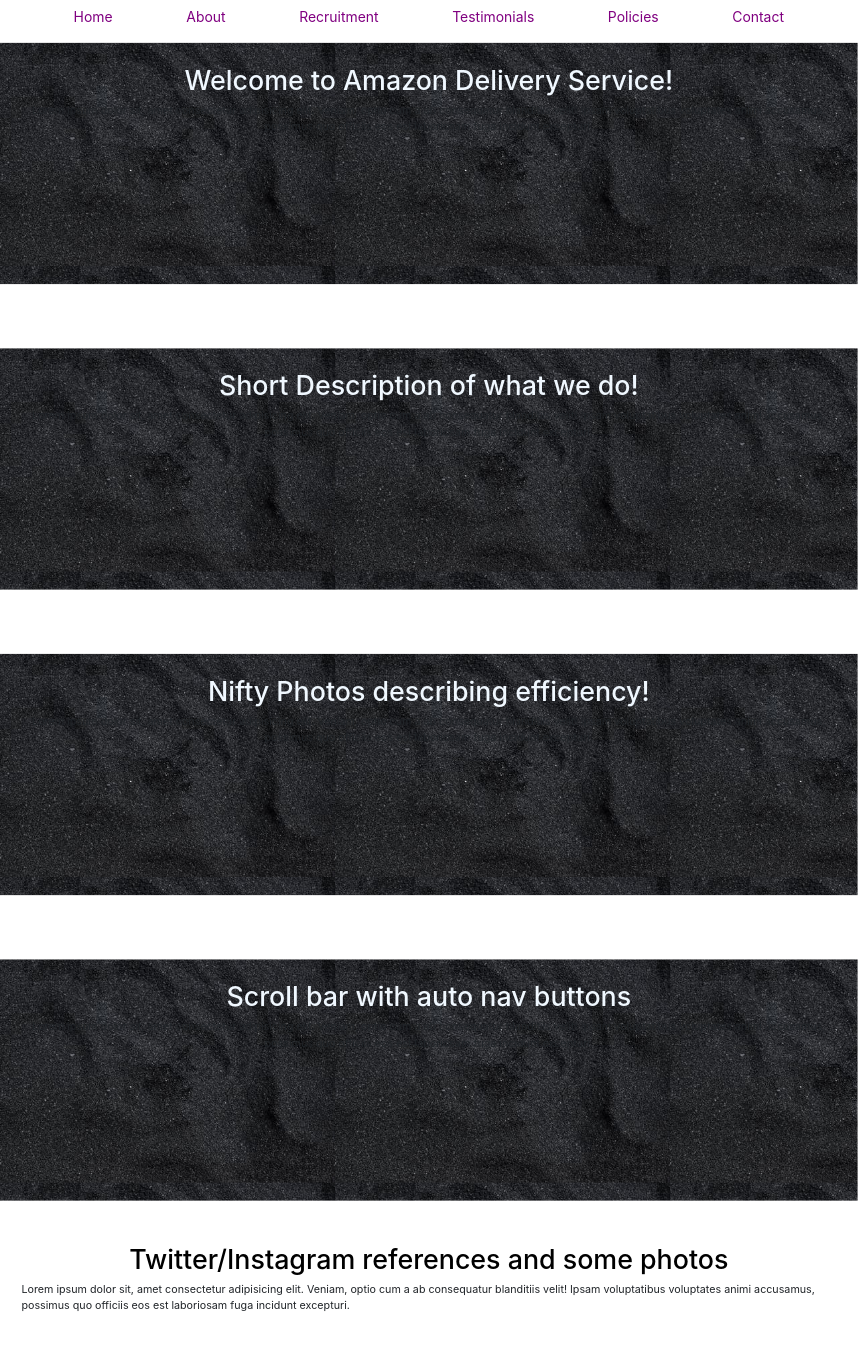
Repository: cerebrium/website
Page: /
The author's editor kept a copy of each file at every save. The page is drawn from the files as they stood at one save, then again after the next save.
The browser window is 1280 px wide. The pictures show the whole page, at 67% of full size.
The project was rebuilt for these pictures with package versions that can differ from the ones it lists, and the page was loaded fresh each time. Also part of the build but not shown: src/Routes/About.jsx, src/Routes/Recruitment.jsx, src/Routes/Testimonials.jsx, src/Routes/Policies.jsx, src/Routes/Contact.jsx.

Above is the page before, as saved 2019-11-02 13:09:17.

### src/App.jsx
import React from 'react';
import './styles/App.css'
import {
  BrowserRouter as Router,
  Route,
  Link
} from 'react-router-dom';
import About from './Routes/About'
import Recruitment from './Routes/Recruitment'
import Testimonials from './Routes/Testimonials'
import Policies from './Routes/Policies'
import Home from './Routes/Home'
import Contact from './Routes/Contact'

class App extends React.Component {
  render () {
    return (
      <Router>
        <div className='mainContainer'>
          <div className='navContainer'>
            <div><Link to='/' className='nav'>Home</Link></div><div><Link to='/about' className='nav'>About</Link></div><div><Link to='/recruitment' className='nav'>Recruitment</Link></div><div><Link to='/testimonials' className='nav'>Testimonials</Link></div><div><Link to='/policies' className='nav'>Policies</Link></div><div><Link to='/contact'className='nav'>Contact</Link></div>
          </div>
          <Route exact path='/' component={Home}/>
          <Route exact path='/about' component={About}/>
          <Route exact path='/recruitment' component={Recruitment}/>
          <Route exact path='/testimonials' component={Testimonials}/>
          <Route exact path='/policies' component={Policies}/>
          <Route exact path='/contact' component={Contact}/>
        </div>
      </Router>
    )
  }
}

export default App;

### src/styles/App.css

/***************************** MAIN APP STYLING ******************************/

.App {
  text-align: center;
}

.mainContainer {
  min-width: 100vw;
}

.navContainer {
  z-index: 1;
  display: flex;
  flex-flow: row;
  align-items: center;
  justify-content: space-evenly;
  position: fixed; /* Make it stick, even on scroll */
  width: 100%;
  margin: 0;
  padding: 0;
  height: 7%;
  background: white;
}

.nav {
  text-decoration: none;
  color: purple;
  font-size: 1.3em;
}

/***************************** HOME APP STYLING ******************************/
.rowCentering {
  display: flex;
  justify-content: center;
  width: 100%;
  height: 100%;
}

.contentCentering {
  display: flex;
  align-items: flex-start;
  flex-flow: column;
  border: 5em;
  padding: 2em;
  /* margin: 5em; */
  width: 100%;
}

.contentBackground {
  height: 50vh;
  text-align: center;
  position: relative;
  width: 100%;
  background-image: url('./slideOne.jpeg');
  margin: 2em 0em;
}

.pictureBackground {
  height: 50vh;
  text-align: center;
  position: relative;
  width: 100%;
  background-image: url('./slideOne.jpeg');
  margin: 4em 0em;
}

.bottomContent {
  color: black;
}

h1 {
  color: aliceblue;
  position: relative;
  text-align: center;
  width: 100%;
}

### src/Routes/Home.jsx
import React from 'react';
import '../styles/App.css';

class Home extends React.Component {
    render () {
        return (
            <div className='mainContainer'>
                <div className='rowCentering'>
                    <div className='contentCentering pictureBackground'>
                        <h1>Welcome to Amazon Delivery Service!</h1>
                        <p>Lorem ipsum dolor sit, amet consectetur adipisicing elit. Veniam, optio cum a ab consequatur blanditiis velit! Ipsam voluptatibus voluptates animi accusamus, possimus quo officiis eos est laboriosam fuga incidunt excepturi.</p>
                    </div>
                </div>
                <div className='rowCentering'>
                    <div className='contentCentering contentBackground'>
                        <h1>Short Description of what we do!</h1>
                        <p>Lorem ipsum dolor sit, amet consectetur adipisicing elit. Veniam, optio cum a ab consequatur blanditiis velit! Ipsam voluptatibus voluptates animi accusamus, possimus quo officiis eos est laboriosam fuga incidunt excepturi.</p>
                    </div>
                </div>
                <div className='rowCentering'>
                    <div className='contentCentering pictureBackground'>
                        <h1>Nifty Photos describing efficiency!</h1>
                        <p>Lorem ipsum dolor sit, amet consectetur adipisicing elit. Veniam, optio cum a ab consequatur blanditiis velit! Ipsam voluptatibus voluptates animi accusamus, possimus quo officiis eos est laboriosam fuga incidunt excepturi.</p>
                    </div>
                </div>
                <div className='rowCentering'>
                    <div className='contentCentering contentBackground'>
                        <h1>Scroll bar with auto nav buttons</h1>
                        <p>Lorem ipsum dolor sit, amet consectetur adipisicing elit. Veniam, optio cum a ab consequatur blanditiis velit! Ipsam voluptatibus voluptates animi accusamus, possimus quo officiis eos est laboriosam fuga incidunt excepturi.</p>
                    </div>
                </div>
                <div className='rowCentering'>
                    <div className='contentCentering'>
                        <h1 className='bottomContent'>Twitter/Instagram references and some photos</h1>
                        <p>Lorem ipsum dolor sit, amet consectetur adipisicing elit. Veniam, optio cum a ab consequatur blanditiis velit! Ipsam voluptatibus voluptates animi accusamus, possimus quo officiis eos est laboriosam fuga incidunt excepturi.</p>
                    </div>
                </div>
            </div>
        )
    }
}

export default Home;

Loaded but not shown: public/index.html (common file); src/index.js (common file); src/index.css (common file); src/serviceWorker.js (common file)

After the next save:
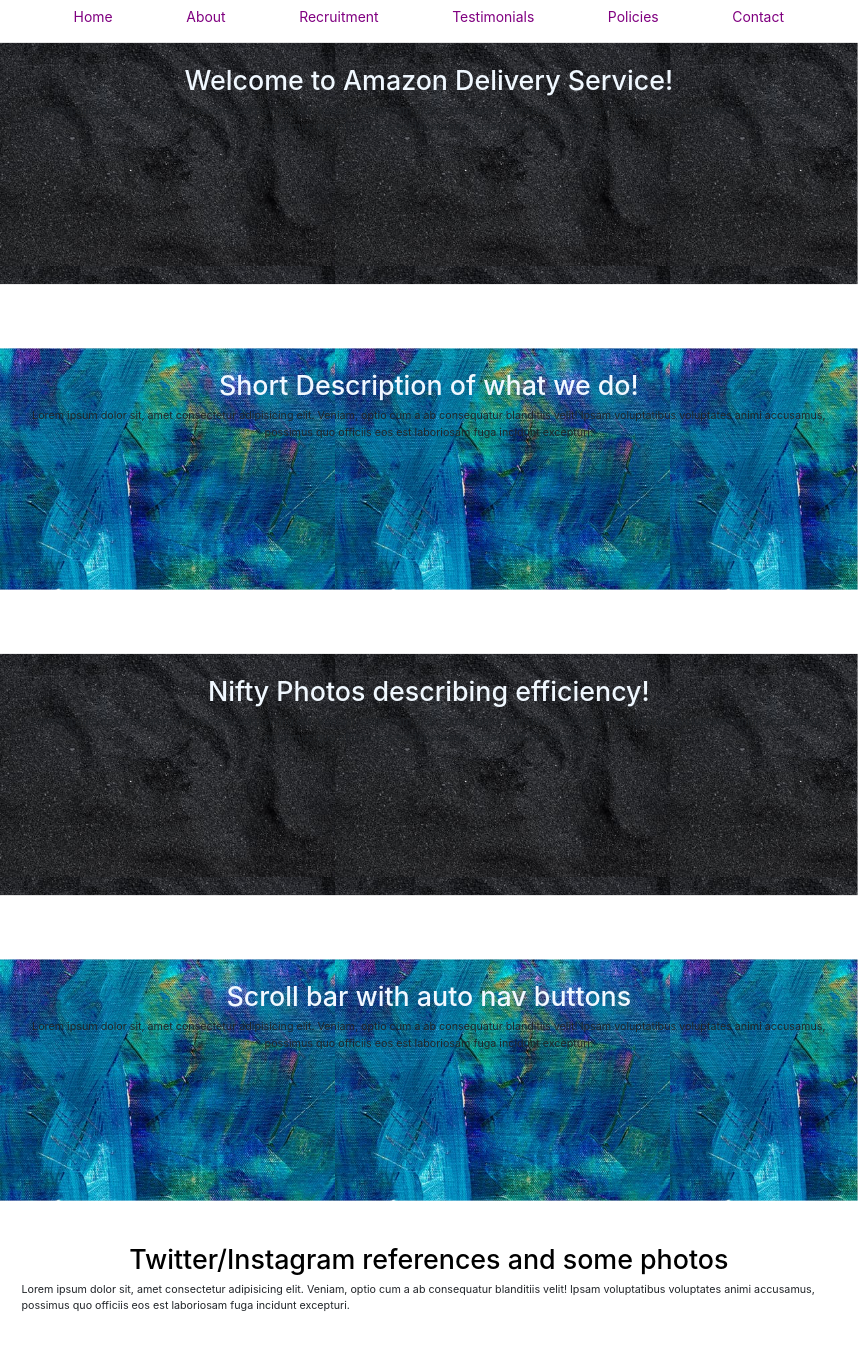
Saved 6 s later.
--- a/src/styles/App.css
+++ b/src/styles/App.css
@@ -52,7 +52,7 @@
   text-align: center;
   position: relative;
   width: 100%;
-  background-image: url('./slideOne.jpeg');
+  background-image: url('./slideTwo.jpeg');
   margin: 2em 0em;
 }
 
